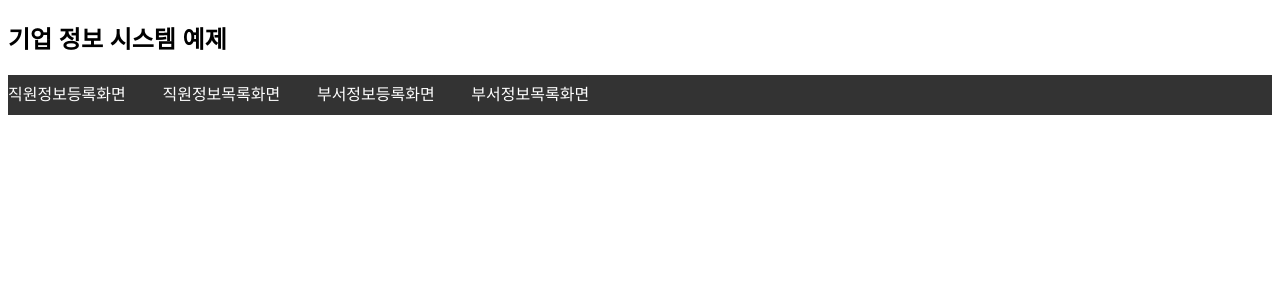
Repository: sieoh/2024html-
Page: workspace_sts/jspweb_08/src/main/webapp/index.html
These files come from the project's save history. The page is drawn as it stood at one moment and after the next save; the edit follows.
The browser window is 1280 px wide. The pictures show the whole page.

Above is the page before, as saved 2024-01-12 07:23:24.

### workspace_sts/jspweb_08/src/main/webapp/index.html
<!DOCTYPE html>
<html>
<head>
<meta charset="UTF-8">
<title>Insert title here</title>
<style>
	body {font-family: Arial, sans-serif;}
	.main-menu{
		background-color: #333333;
		height: 40px
		}
    .main-menu ul {
    	list-style: none;
    	padding: 0;
    	margin: 0;
    	}
    .main-menu li {
    	display: inline-block;
		margin-right: 0px;
		height: 40px;
		width: 150px;
    	}
    .main-menu a {
		display: inline-block;
		text-decoration: none;
		line-height: 40px;
		height: 40px;
		width: 150px
		text-align: center;
		color: white;
		background-color: #333333;
		border-radius: 5px;
		transition: background-color 0.3s ease;
    	}
    .main-menu a:hover {
		background-color:#696969;
		color: white;
		}
  </style>
</head>
<body>
	<h2>기업 정보 시스템 예제</h2>
	<div class="main-menu">
		<ul>
		 	<li><a href="empform.jsp">직원정보등록화면</a></li>
		 	<li><a href="emplist.jsp">직원정보목록화면</a></li>
		 	<li><a href="departform.jsp">부서정보등록화면</a></li>
		 	<li><a href="departlist.jsp">부서정보목록화면</a></li>

		</ul>
	</div>
	<script src="js/jquery-3.7.1.min.js"></script>
  	<script>
	    $(document).ready(function(){
	      $('li').hover(function(){
	        $(this).css("background-color","#696969")
	      },function(){
	        $(this).css("background-color","#333333")
	      });
	    });
  </script>
</body>
</html>

Loaded but not shown: workspace_sts/jspweb_08/src/main/webapp/js/jquery-3.7.1.min.js (library)

After the next save:
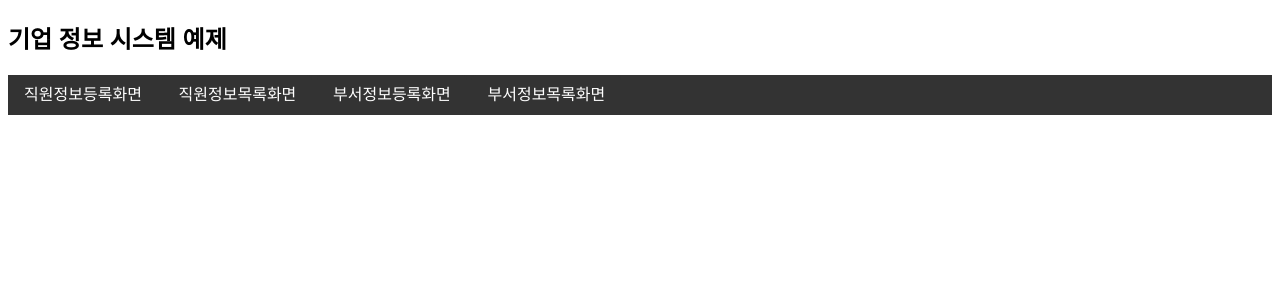
Saved 10 s later.
--- a/workspace_sts/jspweb_08/src/main/webapp/index.html
+++ b/workspace_sts/jspweb_08/src/main/webapp/index.html
@@ -25,7 +25,7 @@
 		text-decoration: none;
 		line-height: 40px;
 		height: 40px;
-		width: 150px
+		width: 150px;
 		text-align: center;
 		color: white;
 		background-color: #333333;
